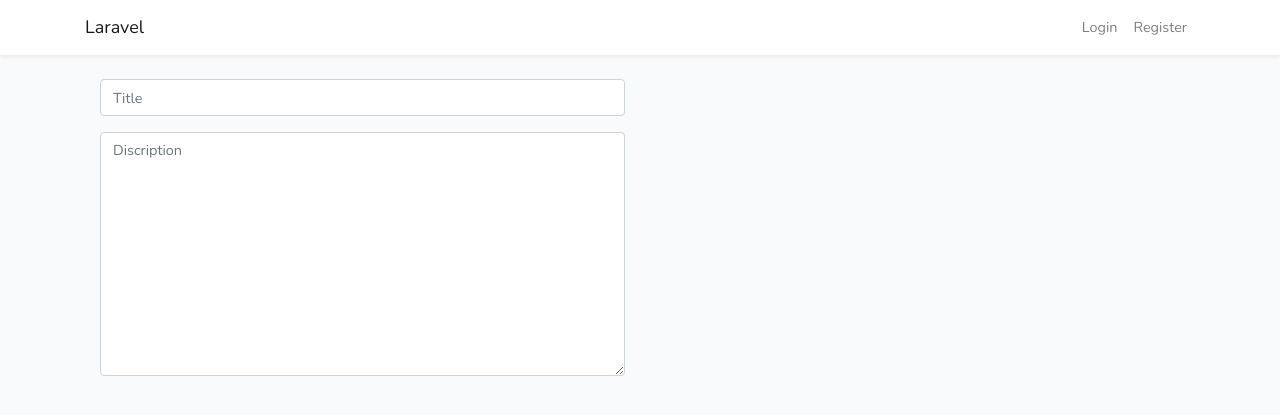
Repository: mohamedelbadawi/Simple-galley-using-laravel
Page: http://localhost/admin/albums/create
These files come from the project's save history. The page is drawn as it stood at one moment and after the next save; the edit follows.
The browser window is 1280 px wide. The pictures show the whole page.
The page is served by the project's Laravel application, run on PHP 8.4 with Laravel 8.

Above is the page before, as saved 2021-08-31 09:46:36.

After the next save:
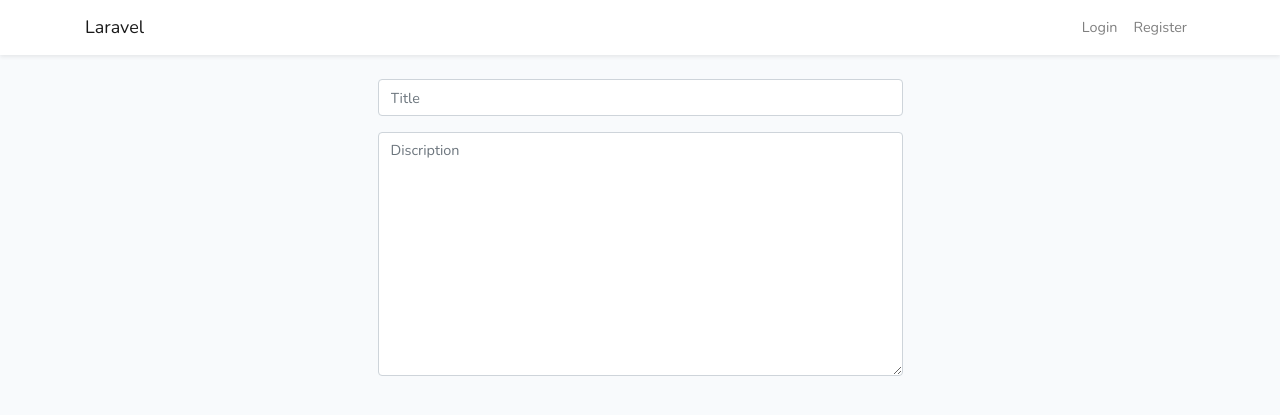
Saved 12 s later.
--- a/Gallery/resources/views/admin/albums/create.blade.php
+++ b/Gallery/resources/views/admin/albums/create.blade.php
@@ -1,6 +1,6 @@
 @extends('layouts.app')
 @section('content')
-    <div class="container d-flex" >
+    <div class="container d-flex justify-content-center" >
 
         <form action="" class="col-md-6">
             <div class="form-group">
